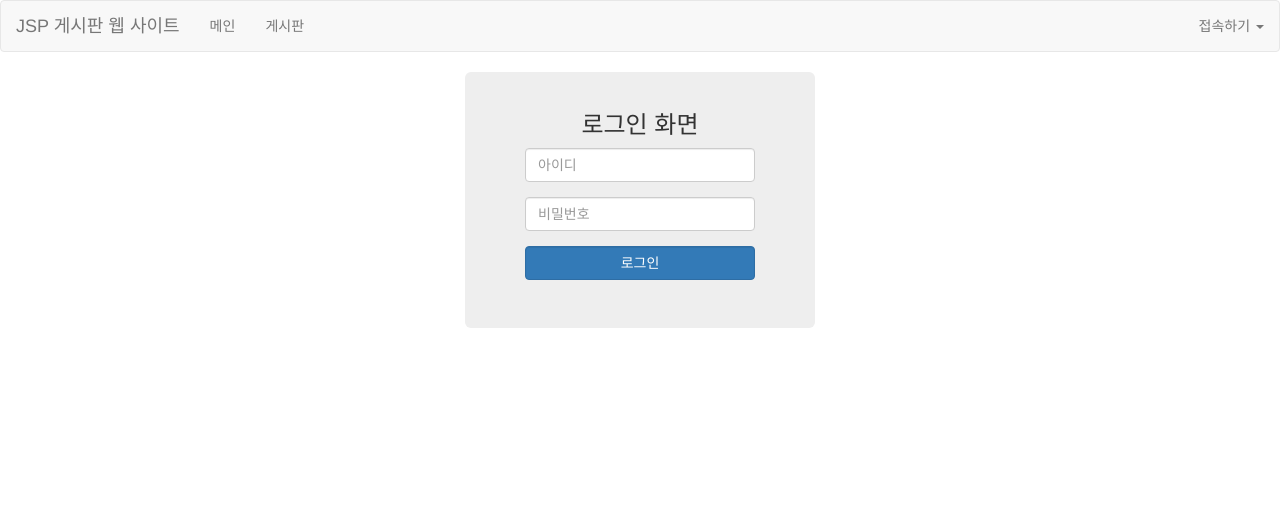
Repository: jmh0434/JSP_BBS
Page: http://localhost/BBS/join.jsp
The author's editor kept a copy of each file at every save. The page is drawn from the files as they stood at one save, then again after the next save.
The browser window is 1280 px wide. The pictures show the whole page.
Some web libraries are served in a nearby version. The page is served by Tomcat 9.

Above is the page before, as saved 2021-03-10 14:27:45.

After the next save:
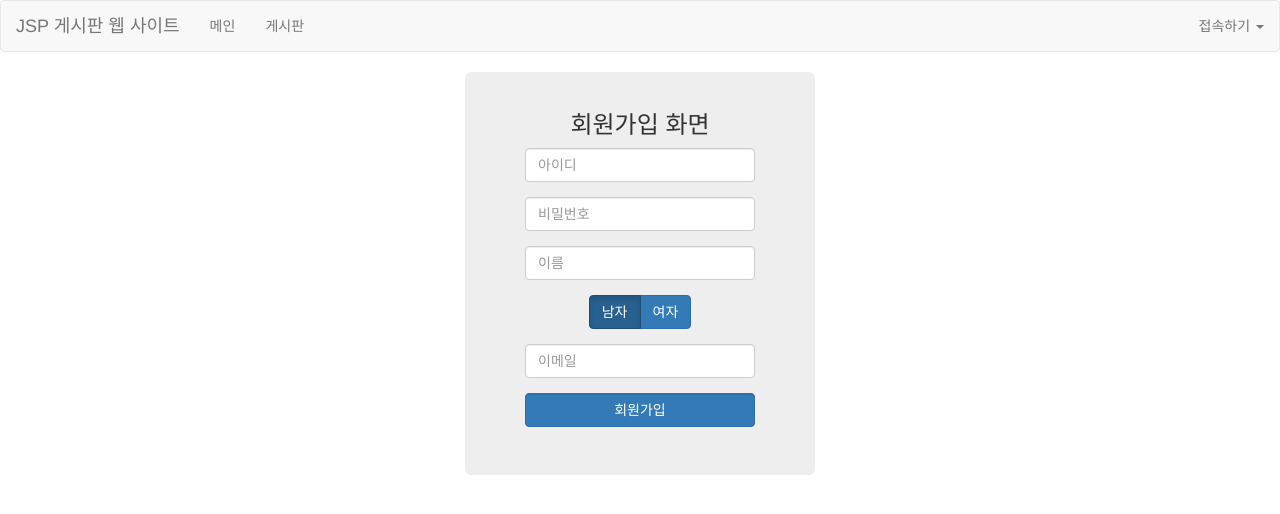
Saved 21 h 7 min later.
--- a/projects/BBS/WebContent/join.jsp
+++ b/projects/BBS/WebContent/join.jsp
@@ -53,14 +53,30 @@
 			<!-- 점보트론은 특정컨텐츠, 정보를 두드러지게 하기 위한 큰 박스 -->
 			<div class="jumbotron" style="padding-top: 20px;">
 				<form method="post" action="loginAction.jsp">
-					<h3 style="text-align: center;">로그인 화면</h3>
+					<h3 style="text-align: center;">회원가입 화면</h3>
 					<div class="form-group">
 						<input type="text" class="form-control" placeholder="아이디" name="userID" maxlength="20">
 					</div>
 					<div class="form-group">
 						<input type="password" class="form-control" placeholder="비밀번호" name="userPassword" maxlength="20">
 					</div>
-					<input type="submit" class="btn btn-primary form-control" value="로그인">
+					<div class="form-group">
+						<input type="text" class="form-control" placeholder="이름" name="userName" maxlength="20">
+					</div>
+					<div class="form-group" style = "text-align : center;">
+						<div class="btn-group" data-toggle = "buttons">
+							<label class="btn btn-primary active">
+								<input type="radio" name="userGender" autocomplete="off" value="남자" checked>남자
+							</label>
+							<label class="btn btn-primary">
+								<input type="radio" name="userGender" autocomplete="off" value="여자" checked>여자
+							</label>
+						</div>
+					</div>
+					<div class ="form-group">
+						<input type="text" class="form-control" placeholder="이메일" name="userEmail" maxlength="50">
+						</div>
+					<input type="submit" class="btn btn-primary form-control" value="회원가입">
 					</form>
 				</div>
 			</div>
